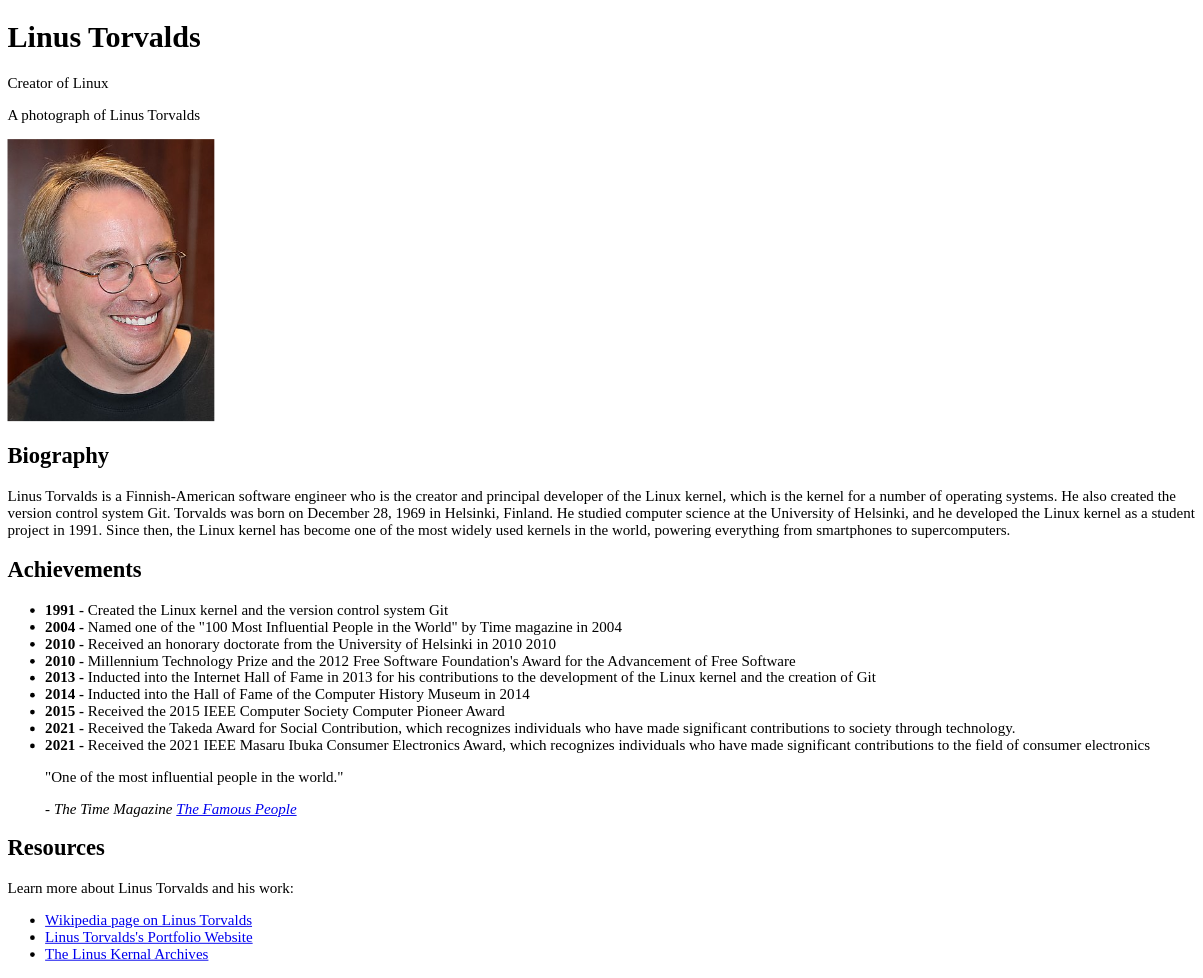
Repository: shoaib-1729/Web-Dev-Course_Dot-Batch_Love-Babbar
Page: 02_HTML Session Basics-to-Pro Level/03_HTML-Basics-Session-III/03_Code-Practice-Session-3/portfolio.html
The author's editor kept a copy of each file at every save. The page is drawn from the files as they stood at one save, then again after the next save.
The browser window is 1280 px wide. The pictures show the whole page, at 94% of full size.

Above is the page before, as saved 2023-07-29 15:57:15.

After the next save:
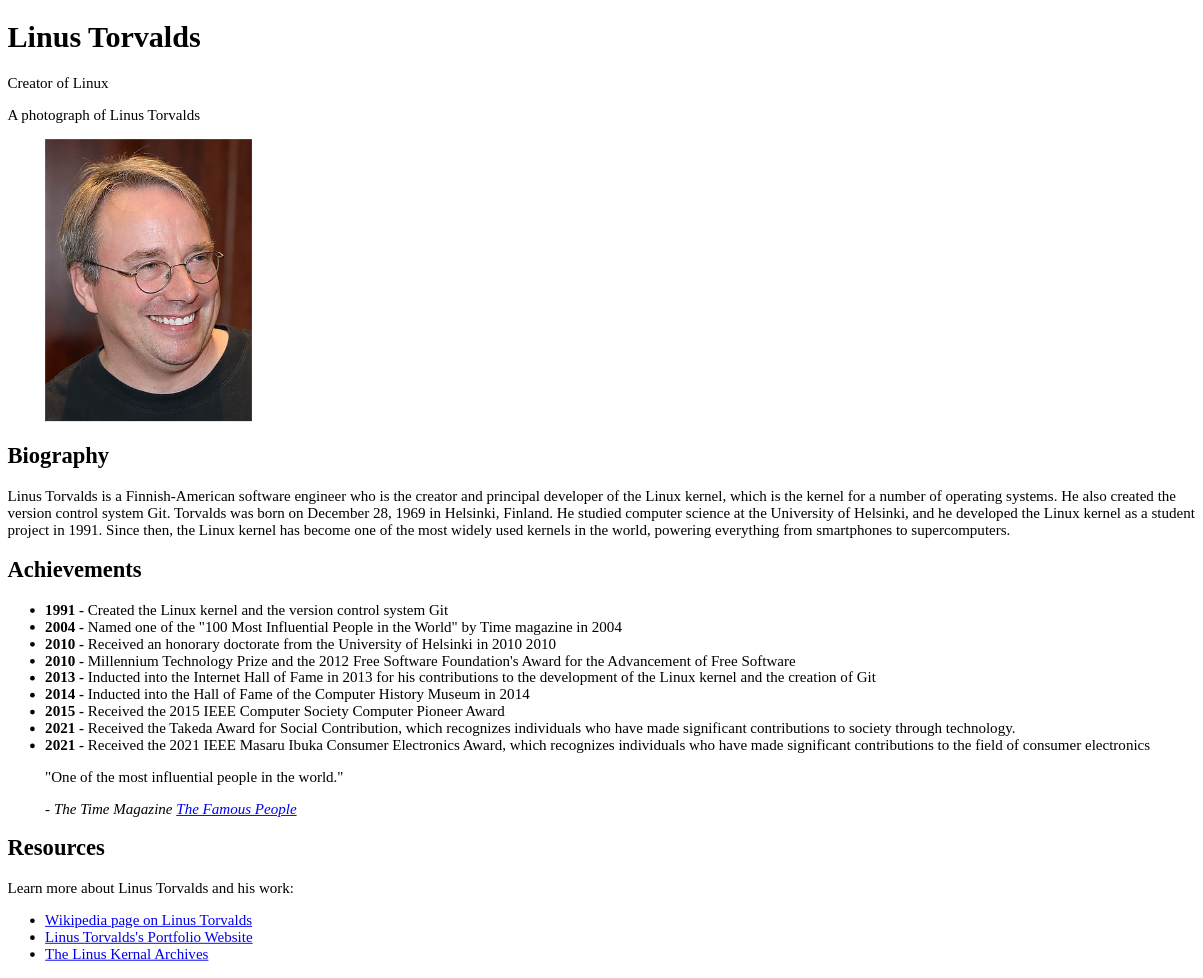
Saved 2 min 35 s later.
--- a/02_HTML Session Basics-to-Pro Level/03_HTML-Basics-Session-III/03_Code-Practice-Session-3/portfolio.html
+++ b/02_HTML Session Basics-to-Pro Level/03_HTML-Basics-Session-III/03_Code-Practice-Session-3/portfolio.html
@@ -13,11 +13,12 @@
     <p>Creator of Linux</p>
 
     <p>A photograph of Linus Torvalds</p>
-    <figcaption>
+
+    <figure>
 
         <img src="images/Linus-Torvalds.jpeg" alt="Linus-Torvalds-Image" height="300px">
-
-    </figcaption>
+        <figcaption></figcaption>
+    </figure>
 
     <!-- Biography Section -->
     <h2>Biography</h2>
